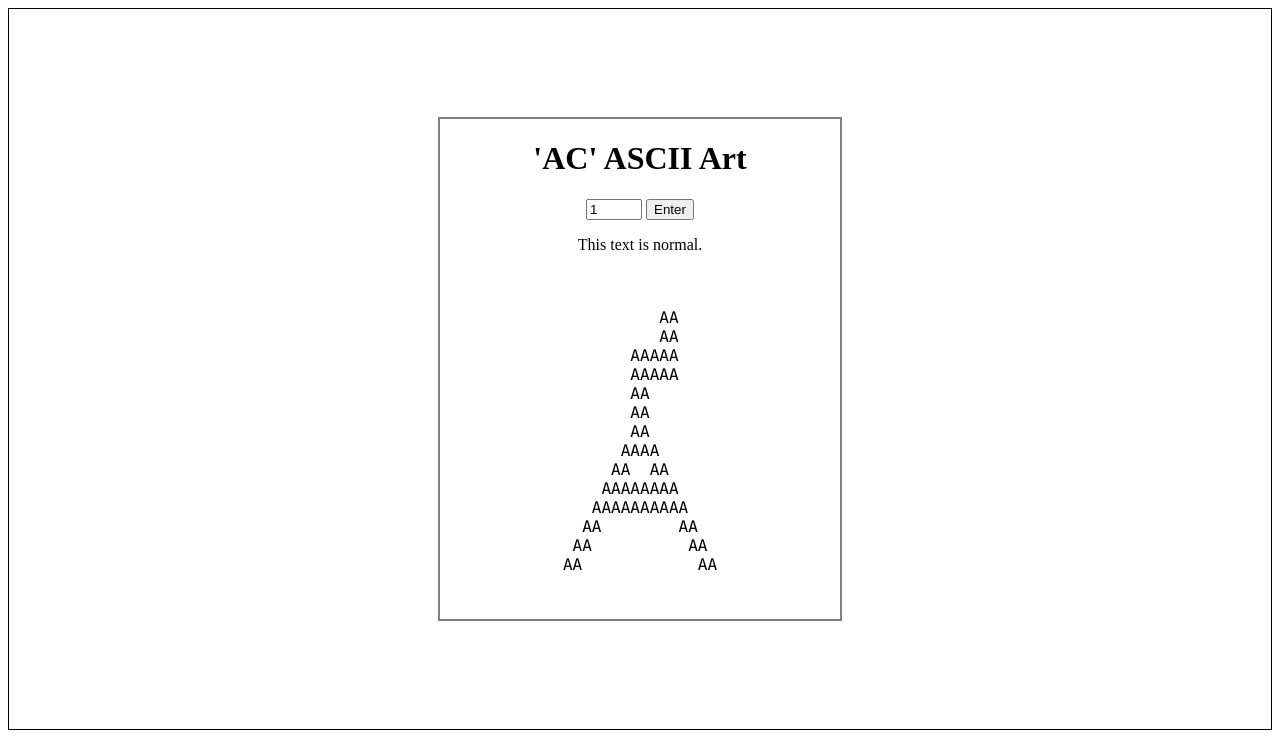
Repository: Achorn/ascii-art
Page: index.html
An editor plug-in stored every save of this project. The page is shown before and after the next save, followed by the edit.
The browser window is 1280 px wide. The pictures show the whole page.

Above is the page before, as saved 2021-08-09 17:07:38.

### index.html
<!DOCTYPE html>
<html lang="en">
  <head>
    <link rel="stylesheet" href="styles.css" />
    <meta charset="UTF-8" />
    <meta http-equiv="X-UA-Compatible" content="IE=edge" />
    <meta name="viewport" content="width=device-width, initial-scale=1.0" />
    <title>Document</title>
  </head>
  <body>
    <form>
      <h1>'AC' ASCII Art</h1>
      <input type="number" min="1" value="1" max="10" />
      <button>Enter</button>
      <div id="ascii">
        <p>This text is normal.</p>
        <p id="mono" style="font-family: 'Lucida Console', monospace">
          This text is monospace text.
        </p>
      </div>
    </form>
    <script type="text/javascript" src="myscripts.js"></script>
  </body>
</html>

### styles.css
body {
  border: 1px solid black;
  display: flex;
  flex-direction: column;
  justify-content: center;
  align-items: center;
  height: 100vh;
}

form {
  border: 2px solid grey;
  height: 500px;
  width: 400px;
  text-align: center;
}

.ascii {
  border-radius: 1px solid black;
}
#mono {
  /* font-size: 25.5vw; */

  white-space: pre;
}

### myscripts.js
let four = [
  [" ", " ", " ", "A"],
  [" ", " ", "A", " "],
  [" ", "A", "A", "A"],
  ["A", " ", " ", " "],
];

let eight = [
  [
    " ",
    " ",
    " ",
    " ",
    " ",
    " ",
    " ",
    "A",
    "A",
    " ",
    " ",
    " ",
    " ",
    " ",
    " ",
    " ",
  ],
  [
    " ",
    " ",
    " ",
    " ",
    " ",
    " ",
    "A",
    "A",
    "A",
    "A",
    " ",
    " ",
    " ",
    " ",
    " ",
    " ",
  ],
  [
    " ",
    " ",
    " ",
    " ",
    " ",
    "A",
    "A",
    " ",
    " ",
    "A",
    "A",
    " ",
    " ",
    " ",
    " ",
    " ",
  ],
  [
    " ",
    " ",
    " ",
    " ",
    "A",
    "A",
    "A",
    "A",
    "A",
    "A",
    "A",
    "A",
    " ",
    " ",
    " ",
    " ",
  ],
  [
    " ",
    " ",
    " ",
    "A",
    "A",
    "A",
    "A",
    "A",
    "A",
    "A",
    "A",
    "A",
    "A",
    " ",
    " ",
    " ",
  ],
  [
    " ",
    " ",
    "A",
    "A",
    " ",
    " ",
    " ",
    " ",
    " ",
    " ",
    " ",
    " ",
    "A",
    "A",
    " ",
    " ",
  ],
  [
    " ",
    "A",
    "A",
    " ",
    " ",
    " ",
    " ",
    " ",
    " ",
    " ",
    " ",
    " ",
    " ",
    "A",
    "A",
    " ",
  ],
  [
    "A",
    "A",
    " ",
    " ",
    " ",
    " ",
    " ",
    " ",
    " ",
    " ",
    " ",
    " ",
    " ",
    " ",
    "A",
    "A",
  ],
];

function scaleSpread(array, factor) {
  const scaled = [];

  for (const row of array) {
    let x = [];

    for (const item of row) x.push(...Array(factor).fill(item));

    scaled.push(...Array(factor).fill(x));
  }

  return scaled;
}
let sixteen = scaleSpread(eight, 2);

function arrToString(arr) {
  let string = "";
  for (let i = 0; i < arr.length; i++) {
    string += arr[i].join("") + "<br>";
  }
  return string;
}

function trimA(arr, lWidth) {
  for (i = 0; i < arr.length; i++) {
    let disp = lWidth - (i % lWidth) - 1;

    // remove from end
    for (let j = 0; j < disp; j++) {
      arr[i].pop();
      arr[i].unshift(" ");
    }

    //add to beginning
    // arr[i] == arr[i];
  }
}

let mono = document.getElementById("mono");
let scaled = scaleSpread(four, 2);
trimA(scaled, 3);

mono.innerHTML = arrToString(scaled);
mono.innerHTML += arrToString(scaleSpread(eight, 1));

After the next save:
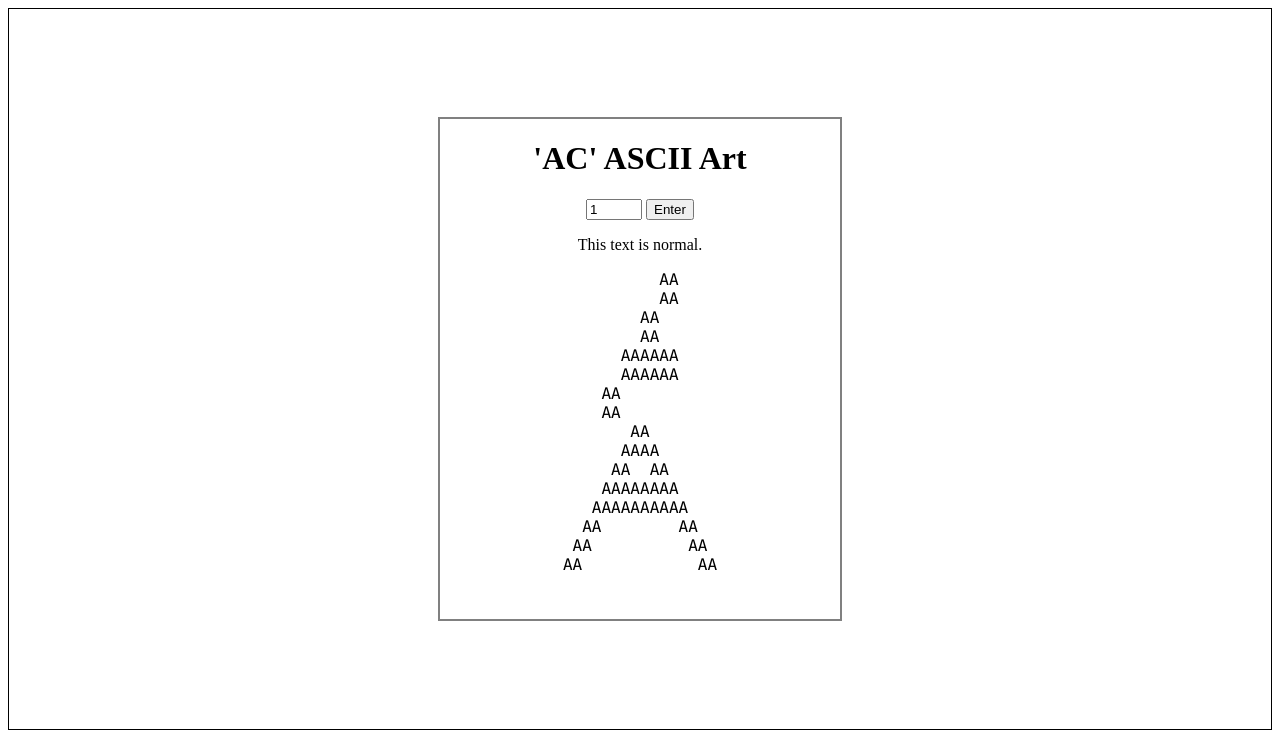
Saved 10 s later.
--- a/myscripts.js
+++ b/myscripts.js
@@ -192,7 +192,7 @@ function trimA(arr, lWidth) {
 
 let mono = document.getElementById("mono");
 let scaled = scaleSpread(four, 2);
-trimA(scaled, 3);
+// trimA(scaled, 3);
 
 mono.innerHTML = arrToString(scaled);
 mono.innerHTML += arrToString(scaleSpread(eight, 1));
